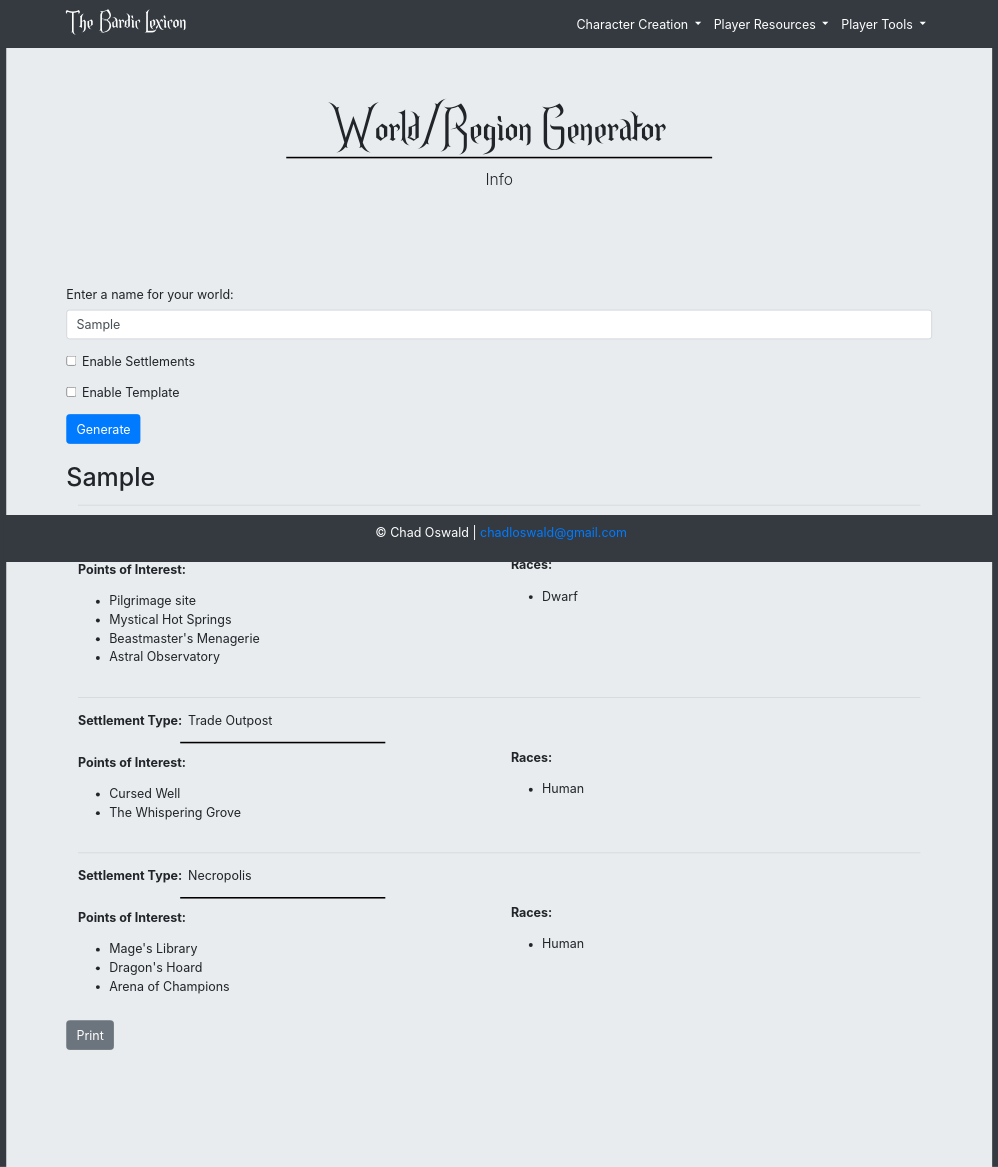
Repository: ChaidGPT/TheBardicLexicon
Page: playerTools/worldGenerator.html
An editor plug-in stored every save of this project. The page is shown before and after the next save, followed by the edit.
The browser window is 1280 px wide. The pictures show the whole page, at 78% of full size.
Empty fields were first filled with sample values (such as "Sample", 5 or name@example.com).
After loading, the first visible `#worldForm` was submitted once.

Above is the page before, as saved 2024-02-05 14:41:58.

### playerTools/worldGenerator.html
<!DOCTYPE html>
<html lang="en">

<head>
  <meta charset="utf-8" />
  <meta name="viewport" content="width=device-width, initial-scale=1" />
  <title>World Generator</title>
  <link rel="stylesheet" href="https://cdn.jsdelivr.net/npm/bootstrap@4.3.1/dist/css/bootstrap.min.css"
    integrity="sha384-ggOyR0iXCbMQv3Xipma34MD+dH/1fQ784/j6cY/iJTQUOhcWr7x9JvoRxT2MZw1T" crossorigin="anonymous" />
  <link rel="stylesheet" href="../style.css" />
</head>

<body>
  <header class="header-top">
    <nav class="navbar navbar-expand-lg fixed-top">
      <div class="container">
        <a class="navbar-brand navMonsterName" href="../index.html">The Bardic Lexicon</a>
        <button class="navbar-toggler navbar-dark" type="button" data-toggle="collapse" data-target="#navbarNavDropdown"
          aria-controls="navbarNavDropdown" aria-expanded="false" aria-label="Toggle navigation">
          <span class="navbar-toggler-icon"></span>
        </button>
        <div class="collapse navbar-collapse" id="navbarNavDropdown">
          <ul class="navbar-nav ml-auto nav justify-content-end">
            <li class="nav-item dropdown">
              <a class="nav-link dropdown-toggle" href="#" id="navbarCharacter" role="button" data-toggle="dropdown"
                aria-haspopup="true" aria-expanded="false">
                Character Creation
              </a>
              <div class="dropdown-menu" aria-labelledby="navbarCharacter">
                <a class="dropdown-item" href="../playerResources/races.html">Races</a>
                <a class="dropdown-item" href="../playerResources/classes.html">Classes</a>
                <a class="dropdown-item" href="../playerResources/personality.html">Personality & Inspiration</a>
                <a class="dropdown-item" href="../playerResources/background.html">Character Backgrounds</a>
              </div>
            </li>
            <li class="nav-item dropdown">
              <a class="nav-link dropdown-toggle" href="#" id="navbarResources" role="button" data-toggle="dropdown"
                aria-haspopup="true" aria-expanded="false">
                Player Resources
              </a>
              <div class="dropdown-menu" aria-labelledby="navbarResources">
                <h6 class="dropdown-header">Items</h6>
                <a class="dropdown-item" href="../playerResources/gear.html">Adventuring Gear</a>
                <a class="dropdown-item" href="../playerResources/equipment.html">Equipment</a>
                <div class="dropdown-divider"></div>
                <h6 class="dropdown-header">Magic</h6>
                <a class="dropdown-item" href="../playerResources/spells.html">Spells</a>
                <div class="dropdown-divider"></div>
                <h6 class="dropdown-header">Inhabitants of the Realms</h6>
                <a class="dropdown-item" href="../playerResources/bestiary.html">Bestiary</a>
                <a class="dropdown-item" href="../playerResources/gods.html">Gods & Deities</a>
              </div>
            </li>
            <li class="nav-item dropdown">
              <a class="nav-link dropdown-toggle" href="#" id="navbarDropdown" role="button" data-toggle="dropdown"
                aria-haspopup="true" aria-expanded="false">
                Player Tools
              </a>
              <div class="dropdown-menu" aria-labelledby="navbarDropdown">
                <a class="dropdown-item" href="../playerTools/charSheet.html">Character Sheet</a>
                <a class="dropdown-item" href="../playerTools/dice.html">Dice Roll Generator</a>
                <div class="dropdown-divider"></div>
                <a class="dropdown-item" href="#">More</a>
              </div>
            </li>
          </ul>
        </div>
      </div>
    </nav>
  </header>

  <div class="container" id="monsterPage">
    <div class="container-fluid px-4 py-5 my-5 text-center">
      <h1 class="display-5 fw-bold contentsPageName">
        World/Region Generator
      </h1>
      <div>
        <div class="horizontal-line"></div>
        <p class="lead mb-4">Info</p>
      </div>
    </div>

    <div class="container mt-5 text-left">

      <!-- Start World Generator Form -->

      <form id="worldForm" class="mb-4">

        <!-- Start World Name Field -->
        <div class="form-group">
          <label for="worldName">Enter a name for your world:</label>
          <input type="text" class="form-control" id="worldName" autocomplete="off" required />
        </div>
        <!-- End World Name Field -->


        <!-- Start Settlement Options -->
        <div class="form-group">
          <div class="form-check">
            <input class="form-check-input" type="checkbox" id="enableSettlements" data-toggle="collapse"
              data-target="#settlementOptions" />
            <label class="form-check-label" for="enableSettlements">Enable Settlements</label>
          </div>

          <!-- Add the 'collapse' class to the following div -->
          <div id="settlementOptions" class="collapse">

            <!-- Wrap both settlement options in a common container -->
            <div class="settlement-options-container">

              <!-- Number of Settlements -->
              <div>
                <label for="settlements">Number of Settlements:</label>
                <select class="form-control" id="settlements" disabled>
                  <option value="random">Random</option>
                  <option value="1">1</option>
                  <option value="2">2</option>
                  <option value="3">3</option>
                  <option value="4">4</option>
                  <option value="5">5</option>
                  <!-- Add more options as needed -->
                </select>
              </div>

              <!-- Number of Settlement Points of Interest -->
              <div>
                <label for="settlementPOI">Number of Settlement Points of Interest:</label>
                <select class="form-control" id="settlementPOI" disabled>
                  <option value="random">Random</option>
                  <option value="0">0</option>
                  <option value="1">1</option>
                  <option value="2">2</option>
                  <option value="3">3</option>
                  <option value="4">4</option>
                  <option value="5">5</option>
                  <!-- Add more options as needed -->
                </select>
              </div>

              <div>
                <label for="races">Number of Races</label>
                <select class="form-control" id="races" disabled>
                  <option value="random">Random</option>
                  <option value="0">Uninhabited</option>
                  <option value="1">1</option>
                  <option value="2">2</option>
                  <option value="3">3</option>
                  <option value="4">4</option>
                  <option value="5">5</option>
                </select>
              </div>

            </div>
          </div>

        </div>
        <!-- End Settlement Options -->




        <!-- Start Template Options -->
        <div class="form-group">
          <div class="form-check">
            <input class="form-check-input" type="checkbox" id="enableTemplate" data-toggle="collapse"
              data-target="#templateOptions" />
            <label class="form-check-label" for="enableTemplate">Enable Template</label>
          </div>

          <div id="templateOptions" class="collapse">

            <div class="template-options-container">

              <label for="template">Number of Templates:</label>
              <select class="form-control" id="template" disabled>
                <option value="0">0</option>
                <option value="1">1</option>
                <option value="2">2</option>
                <option value="3">3</option>
                <option value="4">4</option>
                <option value="5">5</option>
                <!-- Add more options as needed -->
              </select>
            </div>

            <!-- Number of Points of Interest -->
            <div class="form-group">
              <label for="templatePOI">Number of Template Points of Interest:</label>
              <select class="form-control" id="templatePOI" disabled>
                <option value="0">0</option>
                <option value="1">1</option>
                <option value="2">2</option>
                <option value="3">3</option>
                <option value="4">4</option>
                <option value="5">5</option>
                <!-- Add more options as needed -->
              </select>
            </div>

          </div>
        </div>
        <!-- End Template Options -->

        <!-- Submit Button -->
        <button type="submit" class="btn btn-primary">Generate</button>
      </form>

      <!-- End World Generator Form -->

      <div id="generatedContent"></div>

      <div class="text-center mt-3">
        <button type="button" class="btn btn-secondary" id="printButton">
          Print
        </button>
      </div>
    </div>
  </div>

  <footer class="page-footer font-small blue fixed-bottom">
    <p>
      &copy; Chad Oswald |
      <a href="mailto:chadloswald@gmail.com">chadloswald@gmail.com</a>
    </p>
  </footer>

  <script src="https://code.jquery.com/jquery-3.3.1.slim.min.js"
    integrity="sha384-q8i/X+965DzO0rT7abK41JStQIAqVgRVzpbzo5smXKp4YfRvH+8abtTE1Pi6jizo"
    crossorigin="anonymous"></script>
  <script src="https://cdn.jsdelivr.net/npm/popper.js@1.14.7/dist/umd/popper.min.js"
    integrity="sha384-UO2eT0CpHqdSJQ6hJty5KVphtPhzWj9WO1clHTMGa3JDZwrnQq4sF86dIHNDz0W1"
    crossorigin="anonymous"></script>
  <script src="https://cdn.jsdelivr.net/npm/bootstrap@4.3.1/dist/js/bootstrap.min.js"
    integrity="sha384-JjSmVgyd0p3pXB1rRibZUAYoIIy6OrQ6VrjIEaFf/nJGzIxFDsf4x0xIM+B07jRM"
    crossorigin="anonymous"></script>
  <script src="worldGenerator.js"></script>
</body>

</html>

### playerTools/worldGenerator.js
document.addEventListener("DOMContentLoaded", function () {
  const worldForm = document.getElementById("worldForm");
  const generatedContent = document.getElementById("generatedContent");

  // Settlement Section Checkbox Functionality
  const enableSettlementsCheckbox = document.getElementById("enableSettlements");
  const settlementsSelect = document.getElementById("settlements");
  const settlementPOISelect = document.getElementById("settlementPOI");

  // Races Section Functionality
  const racesSelect = document.getElementById("races");

  enableSettlementsCheckbox.addEventListener("change", function () {
    settlementsSelect.disabled = !this.checked;
    settlementPOISelect.disabled = !this.checked;
    racesSelect.disabled = !this.checked;
  });

  // World Generator Arrays

  //   Start Settlement Arrays

  const settlements = [
    {
      name: "Small Town",
      link: "https://example.com/small_town",
    },
    {
      name: "River Town",
      link: "https://example.com/river_town",
    },
    {
      name: "Harbor Town",
      link: "https://example.com/harbor_town",
    },
    {
      name: "Trade Outpost",
      link: "https://example.com/trade_outpost",
    },
    {
      name: "Mining Town",
      link: "https://example.com/mining_town",
    },
    {
      name: "Fishing Village",
      link: "https://example.com/fishing_village",
    },
    {
      name: "Forest Encampment",
      link: "https://example.com/forest_encampment",
    },
    {
      name: "Mage's Enclave",
      link: "https://example.com/mages_enclave",
    },
    {
      name: "Monastery",
      link: "https://example.com/monastery",
    },
    {
      name: "Nomadic Camp",
      link: "https://example.com/nomadic_camp",
    },
    {
      name: "Dwarven Stronghold",
      link: "https://example.com/dwarven_stronghold",
    },
    {
      name: "Elven Treetop Village",
      link: "https://example.com/elven_treetop_village",
    },
    {
      name: "Goblin Market",
      link: "https://example.com/goblin_market",
    },
    {
      name: "Swamp Settlement",
      link: "https://example.com/swamp_settlement",
    },
    {
      name: "Orcish Encampment",
      link: "https://example.com/orcish_encampment",
    },
    {
      name: "Magical Academy",
      link: "https://example.com/magical_academy",
    },
    {
      name: "Haunted Hamlet",
      link: "https://example.com/haunted_hamlet",
    },
    {
      name: "Underground City",
      link: "https://example.com/underground_city",
    },
    {
      name: "Coastal Citadel",
      link: "https://example.com/coastal_citadel",
    },
    {
      name: "Beastman Tribe Camp",
      link: "https://example.com/beastman_tribe_camp",
    },
    {
      name: "Celestial Outpost",
      link: "https://example.com/celestial_outpost",
    },
    {
      name: "Arcane Refuge",
      link: "https://example.com/arcane_refuge",
    },
    {
      name: "Desert Oasis",
      link: "https://example.com/desert_oasis",
    },
    {
      name: "Royal Capital",
      link: "https://example.com/royal_capital",
    },
    {
      name: "Mageocracy",
      link: "https://example.com/mageocracy",
    },
    {
      name: "Merchant Metropolis",
      link: "https://example.com/merchant_metropolis",
    },
    {
      name: "Demonic Citadel",
      link: "https://example.com/demonic_citadel",
    },
    {
      name: "Dragon's Roost",
      link: "https://example.com/dragons_roost",
    },
    {
      name: "Floating City",
      link: "https://example.com/floating_city",
    },
    {
      name: "Necropolis",
      link: "https://example.com/necropolis",
    },
    {
      name: "Archipelago Metropolis",
      link: "https://example.com/archipelago_metropolis",
    },
    {
      name: "Giantkin Citadel",
      link: "https://example.com/giantkin_citadel",
    },
    {
      name: "Subterranean Metropolis",
      link: "https://example.com/subterranean_metropolis",
    },
    {
      name: "Celestial City",
      link: "https://example.com/celestial_city",
    },
    {
      name: "City of the Dead",
      link: "https://example.com/city_of_the_dead",
    },
    {
      name: "Empyreal Bastion",
      link: "https://example.com/empyreal_bastion",
    },
    {
      name: "Floating Gardens",
      link: "https://example.com/floating_gardens",
    },
    {
      name: "Elemental Conflux",
      link: "https://example.com/elemental_conflux",
    },
  ];

  const settlementPOI = [
    {
      name: "Pilgrimage site",
      link: "https://example.com/pilgrimage_site",
    },
    {
      name: "Temple to the Gods",
      link: "https://example.com/temple_to_the_gods",
    },
    {
      name: "Large sewer system",
      link: "https://example.com/large_sewer_system",
    },
    {
      name: "Mysterious Standing Stones",
      link: "https://example.com/mysterious_standing_stones",
    },
    {
      name: "Enchanted Garden",
      link: "https://example.com/enchanted_garden",
    },
    {
      name: "Arena of Champions",
      link: "https://example.com/arena_of_champions",
    },
    {
      name: "Mage's Library",
      link: "https://example.com/mages_library",
    },
    {
      name: "Haunted Manor",
      link: "https://example.com/haunted_manor",
    },
    {
      name: "Thieves' Guild Hideout",
      link: "https://example.com/thieves_guild_hideout",
    },
    {
      name: "Ancient Ruins",
      link: "https://example.com/ancient_ruins",
    },
    {
      name: "Goblin Market",
      link: "https://example.com/goblin_market",
    },
    {
      name: "Cursed Well",
      link: "https://example.com/cursed_well",
    },
    {
      name: "Wizard's Tower",
      link: "https://example.com/wizards_tower",
    },
    {
      name: "Beastmaster's Menagerie",
      link: "https://example.com/beastmasters_menagerie",
    },
    {
      name: "Enigmatic Obelisk",
      link: "https://example.com/enigmatic_obelisk",
    },
    {
      name: "Astral Observatory",
      link: "https://example.com/astral_observatory",
    },
    {
      name: "Underground Arena",
      link: "https://example.com/underground_arena",
    },
    {
      name: "Lighthouse of the Lost Souls",
      link: "https://example.com/lighthouse_of_the_lost_souls",
    },
    {
      name: "Mystical Hot Springs",
      link: "https://example.com/mystical_hot_springs",
    },
    {
      name: "World Renowned Bakery",
      link: "https://example.com/world_renowned_bakery",
    },
    {
      name: "Sorcerer's Market",
      link: "https://example.com/sorcerers_market",
    },
    {
      name: "The Whispering Grove",
      link: "https://example.com/whispering_grove",
    },
    {
      name: "Dragon's Hoard",
      link: "https://example.com/dragons_hoard",
    },
    {
      name: "Clockwork Workshop",
      link: "https://example.com/clockwork_workshop",
    },
    {
      name: "Feywild Portal",
      link: "https://example.com/feywild_portal",
    },
  ];

  const races = [
    {
      name: "Human",
      link: "https://example.com/human",
    },
    {
      name: "Elf",
      link: "https://example.com/elf",
    },
    {
      name: "Dwarf",
      link: "https://example.com/dwarf",
    },
  ];

  //   End Settlement Arrays

  // Start Template Arrays

  const template = [
    {
      name: "T1111",
      link: "https://example.com/",
    },
    {
      name: "T2222",
      link: "https://example.com/",
    },
    {
      name: "T3333",
      link: "https://example.com/",
    },
    {
      name: "T4444",
      link: "https://example.com/",
    },
    {
      name: "T5555",
      link: "https://example.com/",
    },
    {
      name: "T6666",
      link: "https://example.com/",
    },
    {
      name: "T7777",
      link: "https://example.com/",
    },
    {
      name: "T8888",
      link: "https://example.com/",
    },
  ];

  const templatePOI = [
    {
      name: "t1111",
      link: "https://example.com/",
    },
    {
      name: "t2222",
      link: "https://example.com/",
    },
    {
      name: "t3333",
      link: "https://example.com/",
    },
    {
      name: "t4444",
      link: "https://example.com/",
    },
    {
      name: "t5555",
      link: "https://example.com/",
    },
    {
      name: "t6666",
      link: "https://example.com/",
    },
    {
      name: "t7777",
      link: "https://example.com/",
    },
    {
      name: "t8888",
      link: "https://example.com/",
    },
  ];

  // End Template Arrays

  function getRandomElements(array, count) {
    const shuffledArray = array.slice().sort(() => 0.5 - Math.random());
    return shuffledArray.slice(0, count);
  }

  worldForm.addEventListener("submit", function (event) {
    event.preventDefault();

    const worldName = document.getElementById("worldName").value;
    const settlementsCountInput = document.getElementById("settlements");
    let settlementsCount;

    if (settlementsCountInput.value === "random") {
      settlementsCount = Math.floor(Math.random() * 5) + 1;
    } else {
      settlementsCount = parseInt(settlementsCountInput.value);
    }

    const settlementPOICountInput = document.getElementById("settlementPOI");
    let settlementPOICount;

    if (settlementPOICountInput.value === "random") {
      settlementPOICount = "random";
    } else {
      settlementPOICount = parseInt(settlementPOICountInput.value);
    }

    const racesCountInput = document.getElementById("races");
    let racesCount;

    if (racesCountInput.value === "random") {
      racesCount = "random";
    } else {
      racesCount = parseInt(racesCountInput.value);
    }

    const selectedRaces = getRandomElements(races, racesCount);
    const selectedSettlements = getRandomElements(settlements, settlementsCount);

    let content = `<h2>${worldName}</h2>`;

    if (settlementsCount > 0) {
      content += `<div class="container"><hr>`;

      for (let i = 0; i < settlementsCount; i++) {
        const selectedSettlement = getRandomElements(settlements, 1)[0];

        let settlementPOICountForSettlement;
        if (settlementPOICount === "random") {
          settlementPOICountForSettlement = Math.floor(Math.random() * 5) + 1;
        } else {
          settlementPOICountForSettlement = settlementPOICount;
        }

        const selectedSettlementPOI = getRandomElements(
          settlementPOI,
          settlementPOICountForSettlement
        );

        const selectedRacesForSettlement =
          racesCount !== "random" ? getRandomElements(races, racesCount) : getRandomElements(races, 1);

        content += `
          <div class="row">
            <div class="col-md-6">
              <p><strong>Settlement Type: &nbsp</strong>${selectedSettlement.name}</p>
              <div class="horizontal-line"></div>
              <p><strong>Points of Interest:</strong></p><ul>`;

        content += selectedSettlementPOI
          .map((item) => `<li>${item.name}</li>`)
          .join("");

        content += `</ul>
            </div>
            <div class="col-md-6">
              <br><br><p><strong>Races:</strong></p><ul>`;

        content += selectedRacesForSettlement
          .map((race) => `<li>${race.name}</li>`)
          .join("");

        content += `</ul>
            </div>
          </div>`;

          if (i < settlementsCount - 1) {
            // Add some margin between settlements
            content += `<div class="my-4"></div> <hr>`;
          }
      }

      content += `</div>`;
      generatedContent.innerHTML = content;

      const printButton = document.getElementById("printButton");
      printButton.style.display = "block";
    }
  });
});

Loaded but not shown: style.css (372 lines, source omitted)

After the next save:
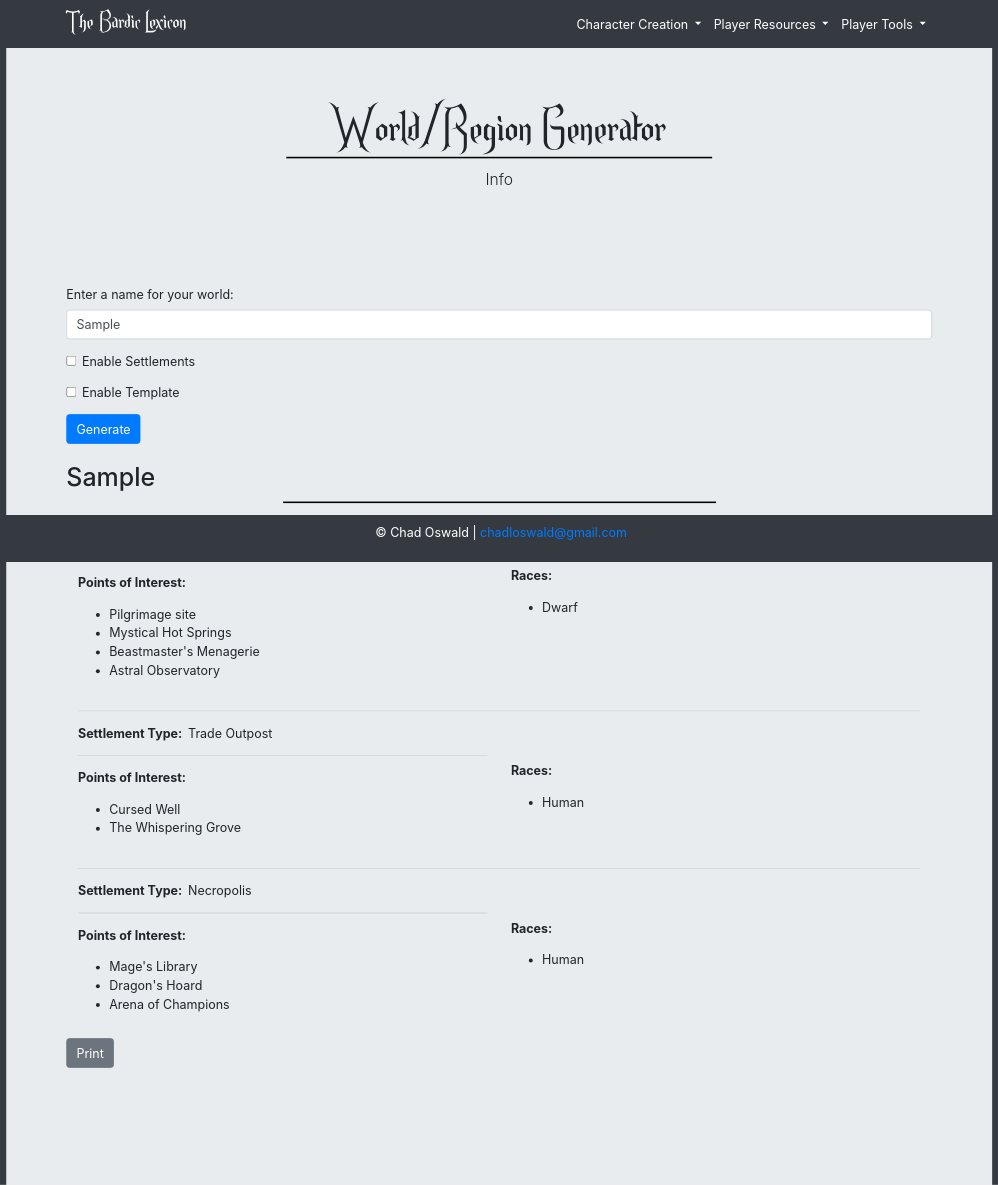
Saved 58 s later.
--- a/playerTools/worldGenerator.js
+++ b/playerTools/worldGenerator.js
@@ -408,7 +408,8 @@ document.addEventListener("DOMContentLoaded", function () {
     const selectedRaces = getRandomElements(races, racesCount);
     const selectedSettlements = getRandomElements(settlements, settlementsCount);
 
-    let content = `<h2>${worldName}</h2>`;
+    let content = `<h2>${worldName}</h2>
+    <div class="horizontal-line"></div>`;
 
     if (settlementsCount > 0) {
       content += `<div class="container"><hr>`;
@@ -435,7 +436,7 @@ document.addEventListener("DOMContentLoaded", function () {
           <div class="row">
             <div class="col-md-6">
               <p><strong>Settlement Type: &nbsp</strong>${selectedSettlement.name}</p>
-              <div class="horizontal-line"></div>
+              <hr>
               <p><strong>Points of Interest:</strong></p><ul>`;
 
         content += selectedSettlementPOI
